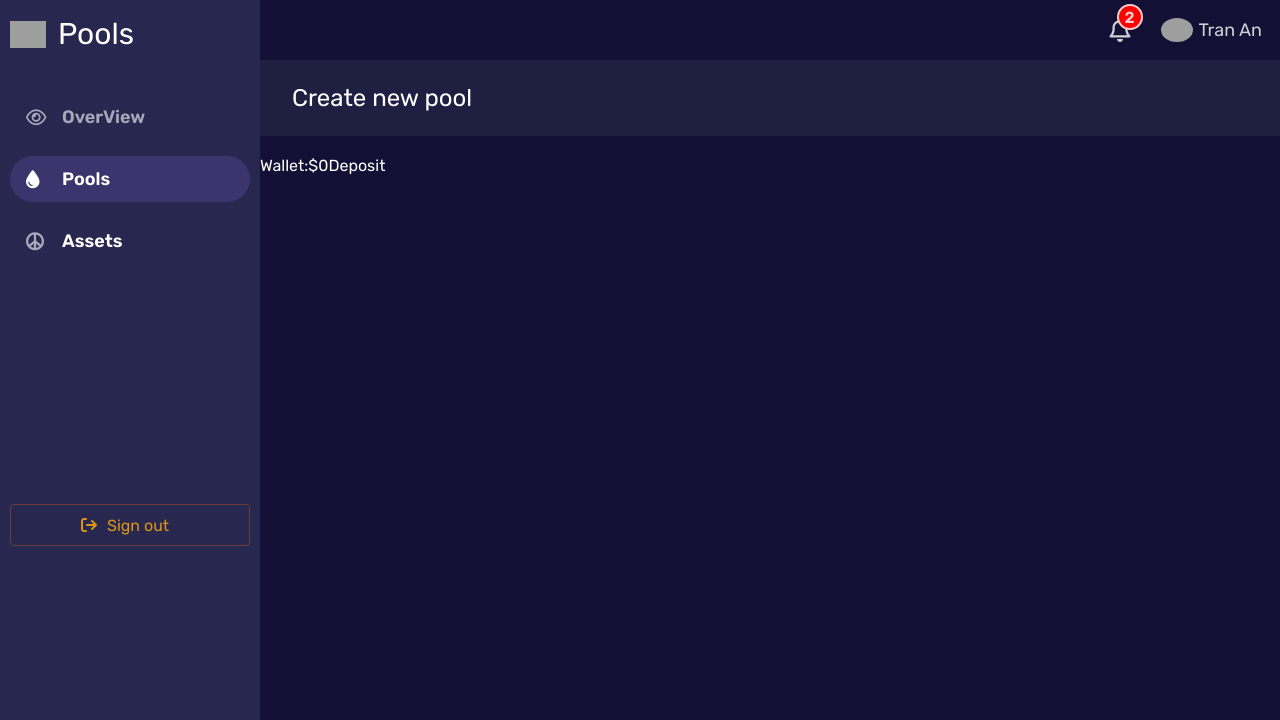
Repository: quynh232000/pools
Page: pool/create-pool.html
These files come from the project's save history. The page is drawn as it stood at one moment and after the next save; the edit follows.
The browser window is 1280 px wide. The pictures show the whole page.
Pictures or frames that could not be fetched are drawn as grey boxes.

Above is the page before, as saved 2023-07-14 00:11:24.

After the next save:
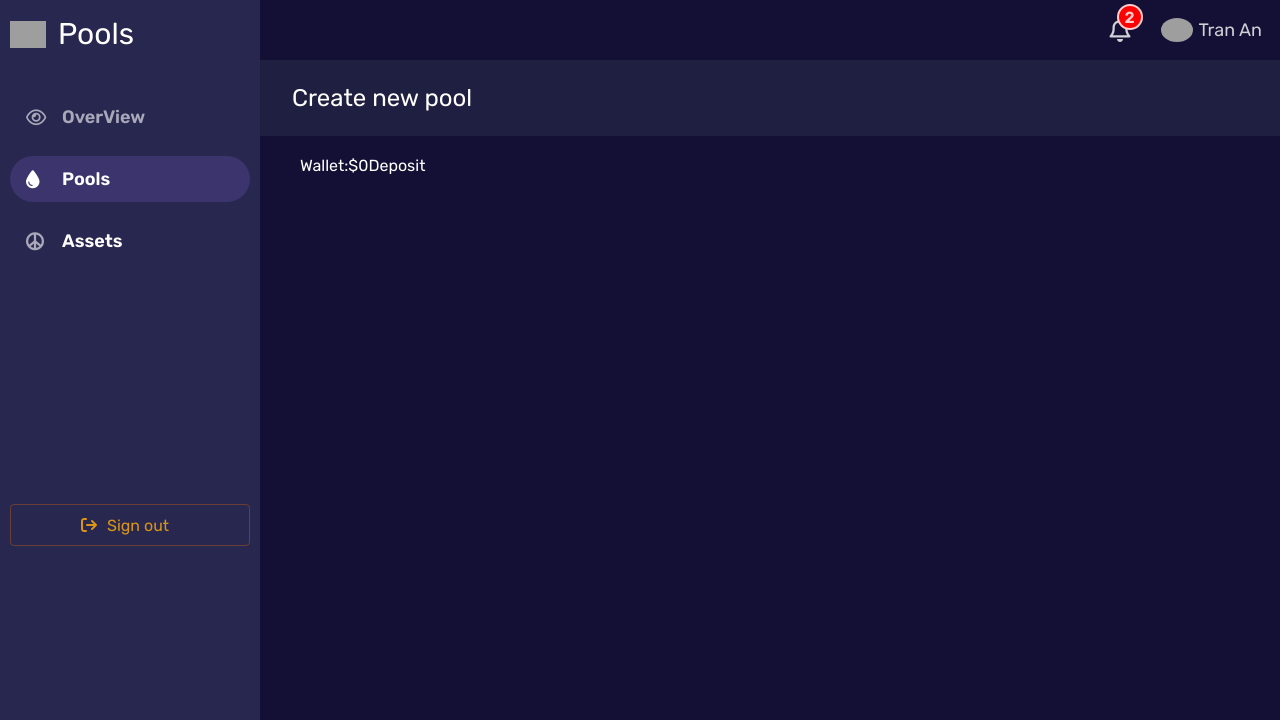
Saved 12 s later.
--- a/src/css/create-pool.css
+++ b/src/css/create-pool.css
@@ -2,7 +2,7 @@
     width: 100%;
     display: flex;
     flex-direction: column;
-    margin-top: 20px;
+    padding: 20px 40px;
 }
 .create-wallet{
     display: flex;
